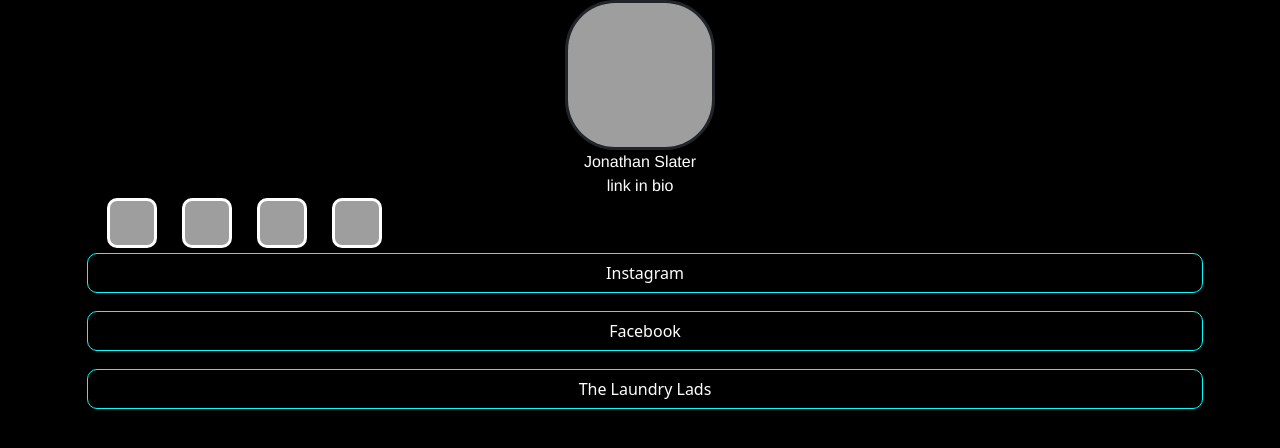
Repository: jontslater/LAB-link-in-bio
Page: index.html
These files come from the project's save history. The page is drawn as it stood at one moment and after the next save; the edit follows.
The browser window is 1280 px wide. The pictures show the whole page.
Pictures or frames that could not be fetched are drawn as grey boxes.

Above is the page before, as saved 2023-10-15 15:23:48.

After the next save:
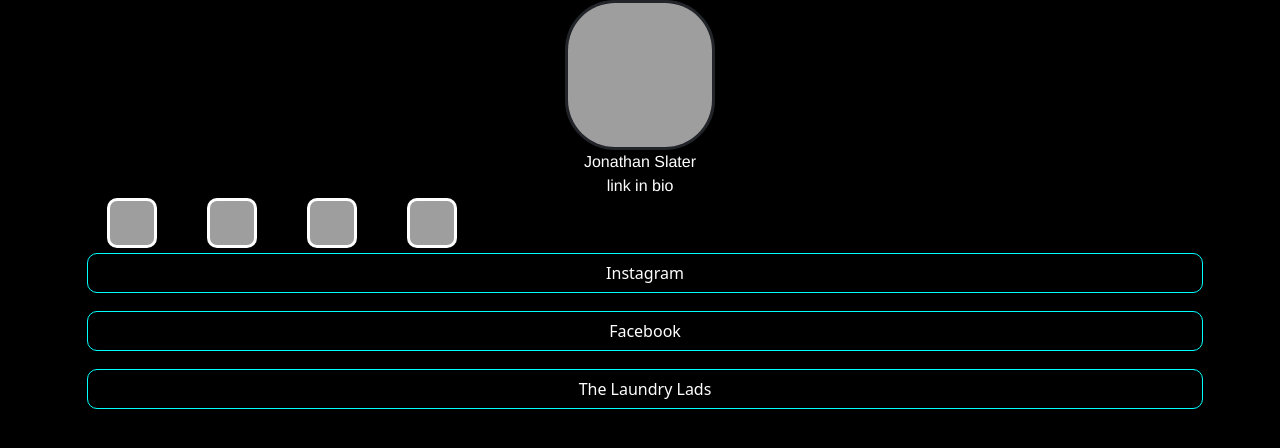
Saved 18 s later.
--- a/main.css
+++ b/main.css
@@ -48,5 +48,6 @@
 }
 
 .side {
-  margin-left: 25px
+  margin-left: 25px;
+  margin-right:25px;
 }
